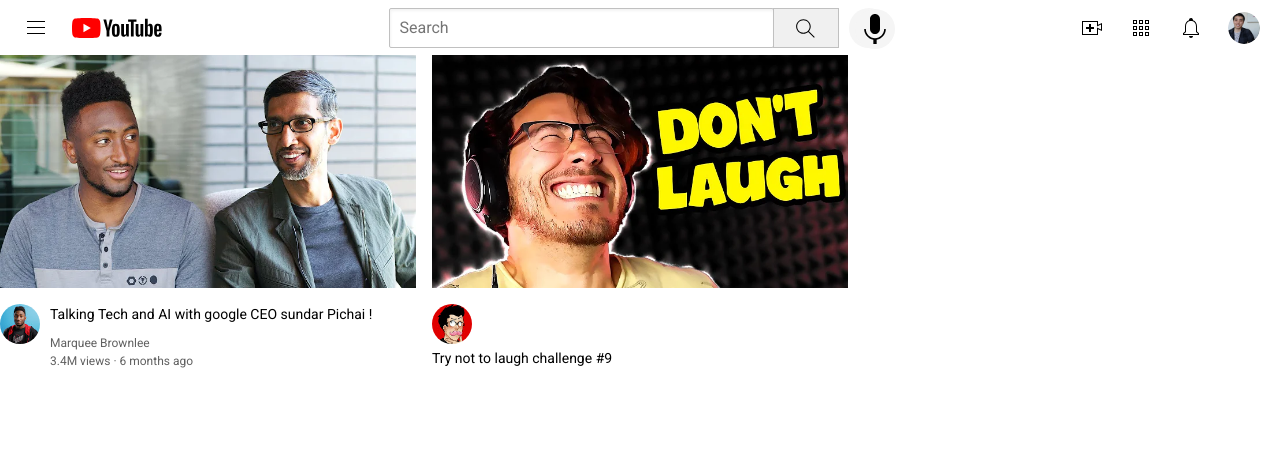
Repository: knowledgeAlan/html-css-thirteen
Page: youtube.html
The author's editor kept a copy of each file at every save. The page is drawn from the files as they stood at one save, then again after the next save.
The browser window is 1280 px wide. The pictures show the whole page.

Above is the page before, as saved 2024-03-19 17:27:16.

### youtube.html
<!DOCTYPE html>
<html>

<head>
    <title>Youtube.com Clone</title>

    <link rel="preconnect" href="https://fonts.googleapis.com">
    <link rel="preconnect" href="https://fonts.gstatic.com" crossorigin>
    <link href="https://fonts.googleapis.com/css2?family=Roboto:wght@400;500;700&display=swap" rel="stylesheet">

    <link rel="stylesheet" href="styles/general.css">
    <link rel="stylesheet" href="styles/header.css">
    <link rel="stylesheet" href="styles/video.css">

    <body>


        <div class="header">


            <div class="left-section">

                <img class="hamburger-menu" src="icons/hamburger-menu.svg">
                <img class="youtube-logo" src="icons/youtube-logo.svg">

            </div>

            <div class="middle-section">
                <input class="search-bar" type="text" placeholder="Search">

                <button class="search-button">
                    <img class="search-icon" src="icons/search.svg">
                </button>

                <button class="voice-search-button">
                       <img class="voice-search-button" src="icons/voice-search-icon.svg" >
                </button>
            </div>

            <div class="right-section">
                <img class="upload-icon" src="icons/upload.svg">
                <img class="youtube-apps-icon" src="icons/youtube-apps.svg">
                <img class="notifications-icon" src="icons/notifications.svg">
                <img class="current-user-picture" src="channel-pictures/my-channel.jpeg">

            </div>

        </div>

        <div class="video-grid">

            <div class="video-preview">

                <div class="thumbnail-row">
                    <img class="thumbnail" src="thumbnails/thumbnail-1.webp">
                </div>

                <div class="video-info-grid">

                    <div class="channel-picture">
                        <img class="profile-picture" src="channel-pictures/channel-1.jpeg">
                    </div>

                    <div class="video-info">
                        <p class="video-title">
                            Talking Tech and AI with google CEO sundar Pichai !

                        </p>

                        <p class="video-author">
                            Marquee Brownlee
                        </p>

                        <p class="video-stats">
                            3.4M views &#183; 6 months ago
                        </p>

                    </div>
                </div>
            </div>


            <div class="video-preview">
                    <div class="thumbnail-row">
                        <img class="thumbnail" src="thumbnails/thumbnail-2.webp">

                    </div>

                    <div class="=video-info-grid">
                        <div class="channel-picture">
                            <img class="profile-picture" src="channel-pictures/channel-2.jpeg">
                        </div>

                        <div class="video-info">
                            <p class="video-title">
                                Try not to laugh challenge #9
                            </p>

                        </div>
                    </div>
            </div>

        </div>



    </body>
</head>
</html>

### styles/general.css
p{
    font-family: Roboto,Arial;
    margin-top: 0;
    margin-bottom: 0;
}

body{
    margin: 0;
}

### styles/header.css
.header {
    height: 55px;
    display: flex;
    flex-direction: row;
    justify-content: space-between;


}


.left-section {

    display: flex;
    align-items: center;
}

.hamburger-menu {

    height: 24px;
    margin-left: 24px;
    margin-right: 24px;
}


.youtube-logo {
    height: 20px ;
}

.middle-section {
    flex: 1;
    margin-left: 70px;
    margin-right:  35px;
    max-width: 500px;
    display: flex;
    align-items: center;
}

.search-bar{
    flex: 1;
    height: 36px;
    padding-left: 10px;
    font-size: 16px;
    border-width: 1px;
    border-style: solid;
    border-color: rgb(192, 192, 192);
    border-radius: 2px;
    box-shadow: inset 1px 2px 3px rgba(0, 0, 0, 0.05);
    width: 0;

}



.search-bar::placeholder {
    font-family: Roboto,Arial;
    font-size: 16px;
}


.search-button{
    height: 40px;
    width: 66px;
    background-color: rgb(240, 240, 240);
    border-width: 1px;
    border-style: solid;
    border-color: rgb(192, 192, 192);
    margin-left: -1px;
    margin-right: 10px;
}


.search-icon {
    height: 25px;
    margin-top: 4px;
}


.voice-search-button{
    height: 40px;
    width: 40px;
    border-radius: 20px;
    border: none;
    background-color: rgb(245, 245, 245);
}


.video-search-icon {
    height: 24px;
    width: 40px;
    border-radius: 20px;
    border: none;
    background-color: rgb(245, 245, 245);
}

.right-section {
    width: 180px;
    margin-right: 20px;
    display: flex;
    align-items: center;
    justify-content: space-between;
    flex-shrink: 0;

}

.upload-icon {
    height: 24px;
}

.youtube-apps-icon{
    height: 24px;
}


.notifications-icon {
    height: 24px;
}

.current-user-picture {
    height: 32px;
    border-radius: 16px ;
}

### styles/video.css
.thumbnail{
    width: 100%;
}

.video-title {
    margin-top: 0;
    font-size: 14px;
    font-weight: 500px ;
    line-height: 20px;
    margin-bottom: 12px;
}


.video-info-grid {
    display: grid;
    grid-template-columns: 50px 1fr;
}


.profile-picture{
    width: 40px;
    border-radius: 50px;
}


.thumbnail-row {
    margin-bottom: 12px;
}

.video-author,.video-stats {
    font-size: 12px;
    color: rgb(96, 96, 96);
}

.video-author {
    margin-bottom: 4px;
}

.video-grid{
    display: grid;
    grid-template-columns: 1fr 1fr 1fr;
    column-gap: 16px;
    row-gap: 40px;
}

After the next save:
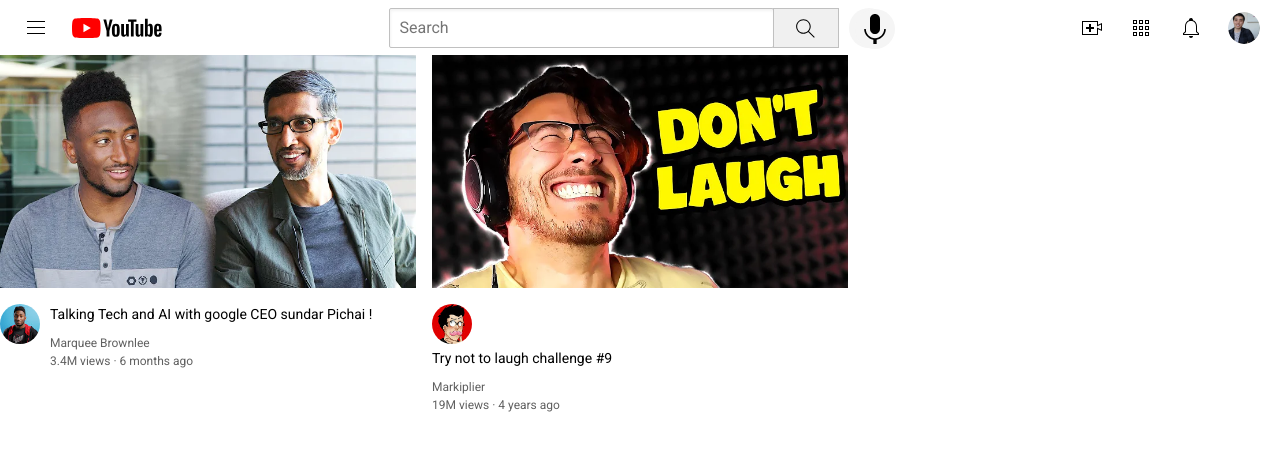
Saved 8 min 32 s later.
--- a/youtube.html
+++ b/youtube.html
@@ -96,6 +96,13 @@
                                 Try not to laugh challenge #9
                             </p>
 
+                            <p class="video-author">
+                                Markiplier
+                            </p>
+
+                            <p class="video-stats">
+                                19M views &#183; 4 years ago
+                            </p>
                         </div>
                     </div>
             </div>
